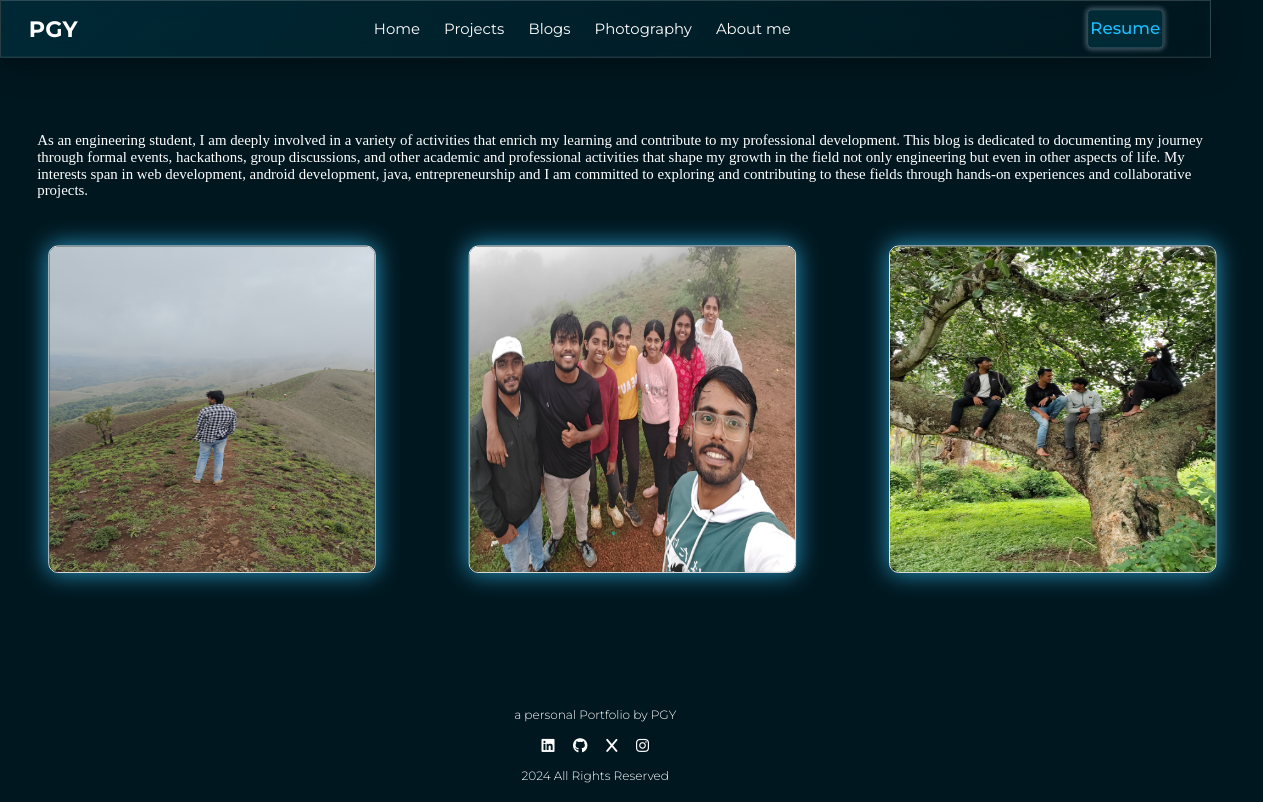
Repository: pgyunknown/pgyunknown
Page: professional_blog.html
The author's editor kept a copy of each file at every save. The page is drawn from the files as they stood at one save, then again after a run of saves.
The browser window is 1280 px wide. The page is 1358 px wide, so the pictures cover 1358 px, including what lies to the right of the window. The pictures show the whole page, at 93% of full size.
Some web libraries are served in a nearby version.

Above is the page before, as saved 2024-08-24 01:49:20.

### professional_blog.html
<!DOCTYPE html>
<html lang="en">
<head>
    <meta charset="UTF-8">
    <meta name="viewport" content="width=device-width, initial-scale=1.0">
    <title>Professional portfolio</title>
    <link rel="stylesheet" href="professional_blog.css">
    <link rel="preconnect" href="https://fonts.googleapis.com">
<link rel="preconnect" href="https://fonts.gstatic.com" crossorigin>
<link href="https://fonts.googleapis.com/css2?family=Libre+Baskerville:ital,wght@0,400;0,700;1,400&family=Montserrat:ital,wght@0,100..900;1,100..900&family=Titillium+Web:ital,wght@0,200;0,300;0,400;0,600;0,700;0,900;1,200;1,300;1,400;1,600;1,700&display=swap" rel="stylesheet">
<link rel="stylesheet" href="https://cdnjs.cloudflare.com/ajax/libs/font-awesome/6.6.0/css/all.min.css" integrity="sha512-Kc323vGBEqzTmouAECnVceyQqyqdsSiqLQISBL29aUW4U/M7pSPA/gEUZQqv1cwx4OnYxTxve5UMg5GT6L4JJg==" crossorigin="anonymous" referrerpolicy="no-referrer" />
</head>
<body>
    <header>
        <div class="pgy_con">
                <div class="pgy"><a href="#">PGY</a></div>
        </div>
        <nav>
                <div class="nav_bar">
                <a href="index.html" id="home">Home</a>
                <a href="project.html"id="projects">Projects</a>
                <a href="blog.html"id="blogs">Blogs</a>
                <a href="photography.html"id="photo">Photography</a>
                <a href="aboutme.html"id="About">About me</a>
                </div>
            </nav>
        <div class="resume_con">
                <button>Resume</button>
        </div>
    </header>
    <main>
        <div class="professtional_intro"><p>As an engineering student, I am deeply involved in a variety of activities that enrich my learning and contribute to my professional development. This blog is dedicated to documenting my journey through formal events, hackathons, group discussions, and other academic and professional activities that shape my growth in the field not only engineering but even in other aspects of life. My interests span in web development, android development, java, entrepreneurship and I am committed to exploring and contributing to these fields through hands-on experiences and collaborative projects. </p></div>

        <div class="contianer1">
        <div ><img src="imgs/WhatsApp Image 2024-08-16 at 18.40.53_9c257726.jpg" alt=""></div>
        <div ><img src="imgs/WhatsApp Image 2024-08-16 at 18.40.52_35491df1.jpg" alt=""></div>
        <div ><img src="imgs/WhatsApp Image 2024-08-16 at 18.34.26_5f8bc427.jpg" alt=""></div>
        </div>
    </main>

    </main>

        <footer>
        <div class="footer_port">a personal Portfolio by PGY</div>
        <div class="footer_icons">
            <a href="https://www.linkedin.com/in/p-gokul-yadav-82548a295?utm_source=share&utm_campaign=share_via&utm_content=profile&utm_medium=android_app" alt="Gokul's linkedin profile" target="_blank"><i class="fa-brands fa-linkedin"></i></>
            <a href="https://github.com/pgyunknown" alt="Gokul Github profile" target="_blank"><i class="fa-brands fa-github"></i></a>
            <a href=" https://x.com/cody_hunk?t=EkARfGCWhhBT_BHbby4DGw&s=08 " target="_blank"><i class="fa-brands fa-x" ></i></a>
            <a href="#"><i class="fa-brands fa-instagram" target="_blank"></i></a>
        </div>
        <div class="copyrights">2024 All Rights Reserved</div>
    </footer>

### professional_blog.css

*{margin: 0px;
    padding: 0px;
}
body{
    background-color: #00171F;
    color: white;
    box-sizing: border-box;


}
a{
    text-decoration: none;
    color: inherit;
}

header{
    display: flex;
    justify-content: space-between;
    align-items: center;
    padding: 10px;
    /* Glassy effect */
    background: linear-gradient(135deg, rgba(0, 200, 255, 0.1), rgba(255, 255, 255, 0));
    backdrop-filter: blur(10px);
    -webkit-backdrop-filter: blur(10px);
    border:1px solid rgba(255, 255, 255, 0.18);
    box-shadow: 0 8px 32px 0 rgba(0, 0, 0, 0.37);

    overflow: hidden;
    position: sticky; /* Set the navbar to fixed position */
    top: 0; /* Position the navbar at the top of the page */
    width: 100%;
    height: 40px;
}

.pgy_con
{
    margin-left: 20px;
    font-family: "Montserrat", sans-serif;
    font-optical-sizing: auto;
    font-size: x-large;
    font-weight: 700;
    font-style: normal;
    align-items: end;

}

.pgy_con .pgy a{
    text-decoration: none;
}
.nav_bar {
        /* height: 50px; */
    width: 500px;
    display: flex;
    justify-content: space-evenly;

    transition-property: all;
    transition-timing-function: ease-in-out;
    transition-delay: 1s;


}

.nav_bar a{
    box-sizing: border-box;
    font-family: "Montserrat", sans-serif;
    font-optical-sizing: auto;
    font-weight: 400;
    font-style: normal
    text-decoration: none;
    justify-content: space-around;
    align-items: center;
    padding-top:10px;
    padding-bottom :10px;
    /* padding-right:10px ;
    padding-left:10px ; */
}

.nav_bar a:hover{
    color: #FFC107;
    text-shadow: #FFC107 0px 0px  1px;
    border-bottom: 0.5px solid #FFC107;


}


.resume_con {
    display: flex;
    justify-content: center;
    margin-right: 20px;
    background-color: #00171F;
    margin-right: 40px;
}
.resume_con button{
    background-color:rgba(0, 200, 255, 0.1);
    box-sizing: content-box;
    height: 2.5rem;
    width: 5rem;
    font-family: "Montserrat", sans-serif;
    font-optical-sizing: auto;
    font-size: large;
    font-weight: 500;
    font-style: normal;
    color: #1ABEFF;
    border: 0.0001px solid #3c555f;
    border-radius: 0.3rem;
    box-shadow: 0px 0px 5px 2px #3c555f;

}
    main{
    display: flex;
    flex-direction:column ;
    align-items: center;
    justify-content: center;
    height: 600px;
    width: 90%;
    /* justify-content:space-around; */
    align-items: center;
    padding: 50px;
    margin: 60px 20px 70px 20px;
}
main _intro{
    display: flex;
    flex-direction: row;
    font-family: "Montserrat", sans-serif;
    font-optical-sizing: auto;
    font-size: medium;
    font-weight: 300;
    font-style: normal;
    margin-top: 50px;
    margin-bottom: 50px;
    word-spacing: 10px;
    line-height: 25px;
    text-shadow: #FC0 0 0 5px;
}

main{
    height: 100%;
    width: 100%;
    padding: 20px;

}
main .contianer1{

    display: flex;
    flex-direction: row;
    justify-content: space-between;
    align-items: center;

}

main .contianer1 img{
    height: 350px;
    width: 350px;
    margin: 50px;
    border-radius:10px;
    border: 1px solid #ffffff;
    box-shadow: 0px 0px 25px 1px #2792bd;
}

footer{
    display: flex;
    flex-direction:column;
    justify-content: center;
    align-items: center;
    margin-top: 20px;
    margin-bottom: 20px;
    font-family: "Montserrat", sans-serif;
    font-optical-sizing: auto;
    font-size: small;
    font-weight: 300;
    font-style: normal;
}

.footer_icons{
    display: flex;
    justify-content: center;
    align-items: center;
    width: 50px;
    height: 50px;
}


.copyrights{
    display: flex;
    justify-content: center;
    align-items: center;
}

.footer_icons a{
font-size: medium;
padding: 10px;
width: 50px;
height: 50px;
display: flex;
justify-content: center;
align-items: center;
}

After the next 3 saves:
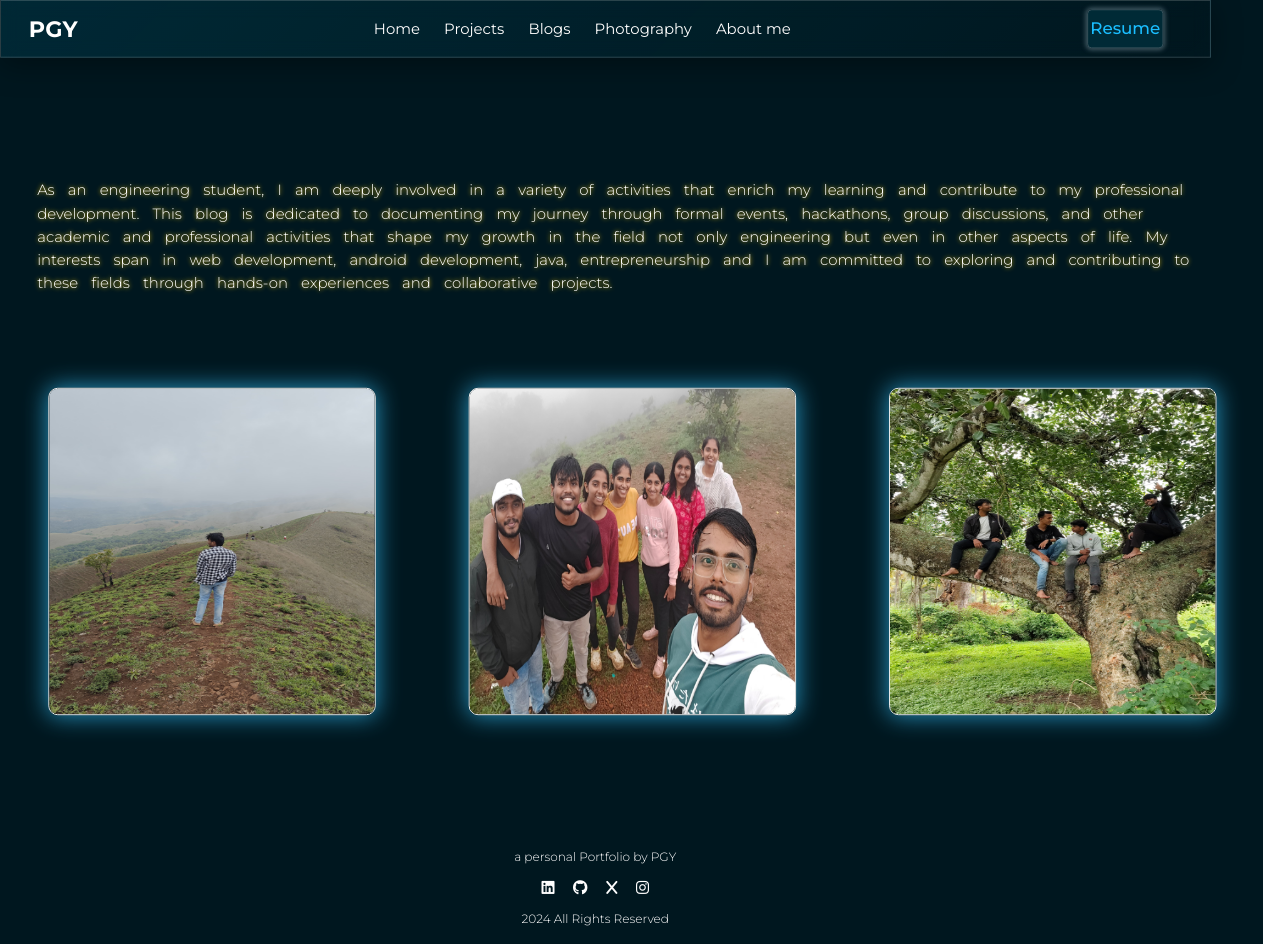
The 3 saves are shown as one change because they came seconds apart.
The last was saved 9 s later.
--- a/professional_blog.css
+++ b/professional_blog.css
@@ -120,7 +120,7 @@ header{
     padding: 50px;
     margin: 60px 20px 70px 20px;
 }
-main _intro{
+main .professtional_intro{
     display: flex;
     flex-direction: row;
     font-family: "Montserrat", sans-serif;
